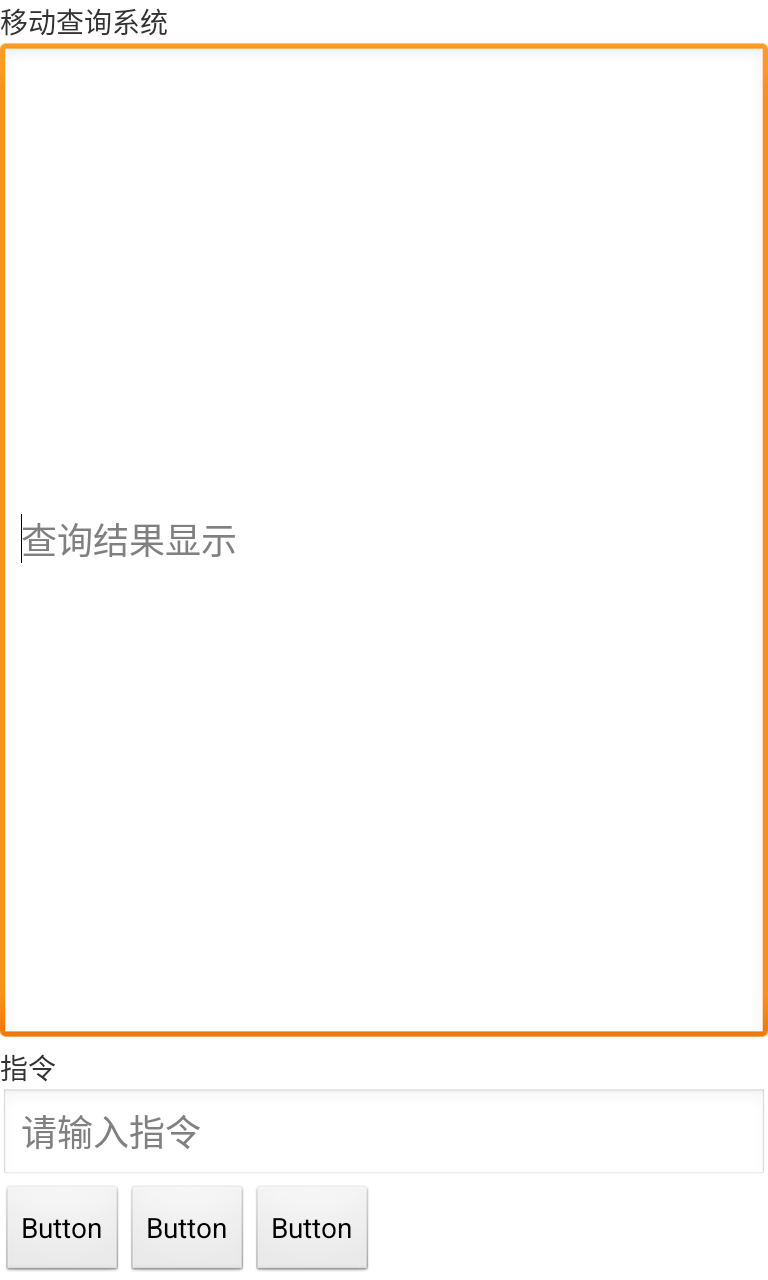
Repository: garfieldtom/android
Layout: QueryFromServer/res/layout/activity_query.xml
The author's editor kept a copy of each file at every save. The layout is drawn from the files as they stood at one save, then again after the next save.
It is drawn on a 768 x 1280 px phone screen (xhdpi) without system bars, with theme AppTheme; the app's code is not run.

Above is the layout before, as saved 2012-12-15 23:33:30.

### QueryFromServer/res/layout/activity_query.xml
<LinearLayout xmlns:android="http://schemas.android.com/apk/res/android"
    xmlns:tools="http://schemas.android.com/tools"
    android:layout_width="fill_parent"
    android:layout_height="fill_parent"
    android:orientation="vertical"
    tools:context=".QueryActivity" >

    <TextView
        android:layout_width="fill_parent"
        android:layout_height="wrap_content"
        android:layout_centerHorizontal="true"
        android:layout_centerVertical="true"
        android:text="@string/hello_world" />

    <EditText
        android:id="@+id/mtxtContent"
        android:layout_width="fill_parent"
        android:layout_height="wrap_content"
        android:layout_weight="0.15"
        android:ems="10"
        android:hint="@string/queryresult"
        android:inputType="textMultiLine" >

        <requestFocus />
    </EditText>

    <TextView
        android:layout_width="fill_parent"
        android:layout_height="wrap_content"
        android:layout_centerHorizontal="true"
        android:layout_centerVertical="true"
        android:text="@string/command" />

    <EditText
        android:id="@+id/edtCommand"
        android:layout_width="fill_parent"
        android:layout_height="wrap_content"
        android:ems="10"
        android:hint="@string/commandhint" />

    <LinearLayout
        android:layout_width="fill_parent"
        android:layout_height="wrap_content" >

        <Button
            android:id="@+id/button1"
            android:layout_width="wrap_content"
            android:layout_height="wrap_content"
            android:text="Button" />

        <Button
            android:id="@+id/button2"
            android:layout_width="wrap_content"
            android:layout_height="wrap_content"
            android:text="Button" />

        <Button
            android:id="@+id/button3"
            android:layout_width="wrap_content"
            android:layout_height="wrap_content"
            android:text="Button" />

    </LinearLayout>

</LinearLayout>

### QueryFromServer/res/values/strings.xml
<?xml version="1.0" encoding="utf-8"?>
<resources>

    <string name="app_name">QueryFromServer</string>
    <string name="hello_world">移动查询系统</string>
    <string name="menu_settings">设置</string>
    <string name="title_activity_main">移动查询系统</string>
    <string name="save">保存</string>
    <string name="cancel">取消</string>
    <string name="host">主机地址</string>
    <string name="port">主机端口</string>
    <string name="title_activity_system_set">系统设置</string>
    <string name="btnsystemset">系统设置</string>
    <string name="btnhide">隐藏</string>
    <string name="btnclose">关闭</string>
    <string name="pstate">电话状态</string>
    <string name="aboutinfo">Copyright By Garfield</string>
    <string name="title_activity_about">关于</string>
    <string name="btnabout">关于</string>
    <string name="copyright">Copyright By Garfield</string>
    <string name="btntest">测试</string>
    <string name="title_activity_query">QueryActivity</string>
    <string name="command">指令</string>
    <string name="commandhint">请输入指令</string>
    <string name="queryresult">查询结果显示</string>
    <string name="send">发送</string>
    <string name="selectcommand">选择指令</string>

</resources>

Loaded but not shown: QueryFromServer/res/values/styles.xml (common file)

After the next save:
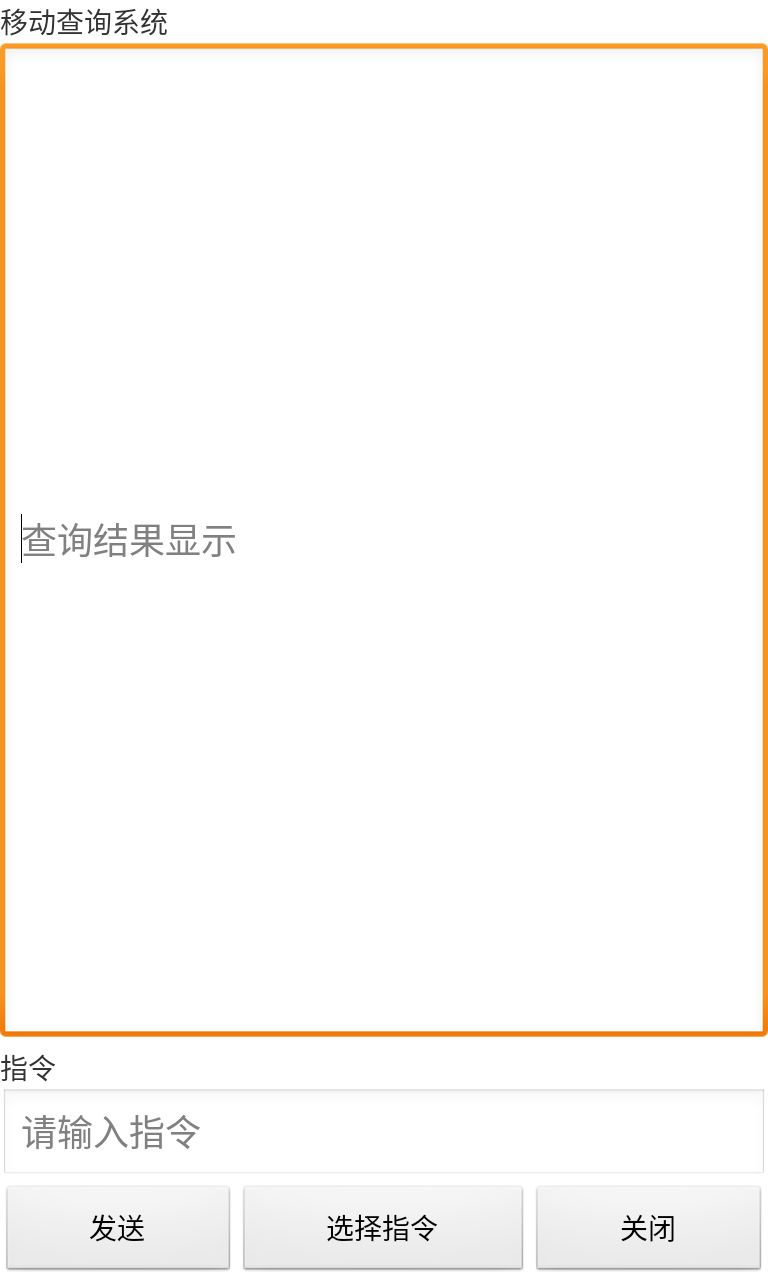
Saved 45 s later.
--- a/QueryFromServer/res/layout/activity_query.xml
+++ b/QueryFromServer/res/layout/activity_query.xml
@@ -43,22 +43,25 @@
         android:layout_height="wrap_content" >
 
         <Button
-            android:id="@+id/button1"
+            android:id="@+id/btnSend"
             android:layout_width="wrap_content"
             android:layout_height="wrap_content"
-            android:text="Button" />
+            android:layout_weight="1"
+            android:text="@string/send" />
 
         <Button
-            android:id="@+id/button2"
+            android:id="@+id/btnSelectCommand"
             android:layout_width="wrap_content"
             android:layout_height="wrap_content"
-            android:text="Button" />
+            android:layout_weight="1"
+            android:text="@string/selectcommand" />
 
         <Button
-            android:id="@+id/button3"
+            android:id="@+id/btnClose"
             android:layout_width="wrap_content"
             android:layout_height="wrap_content"
-            android:text="Button" />
+            android:layout_weight="1"
+            android:text="@string/btnclose" />
 
     </LinearLayout>
 
